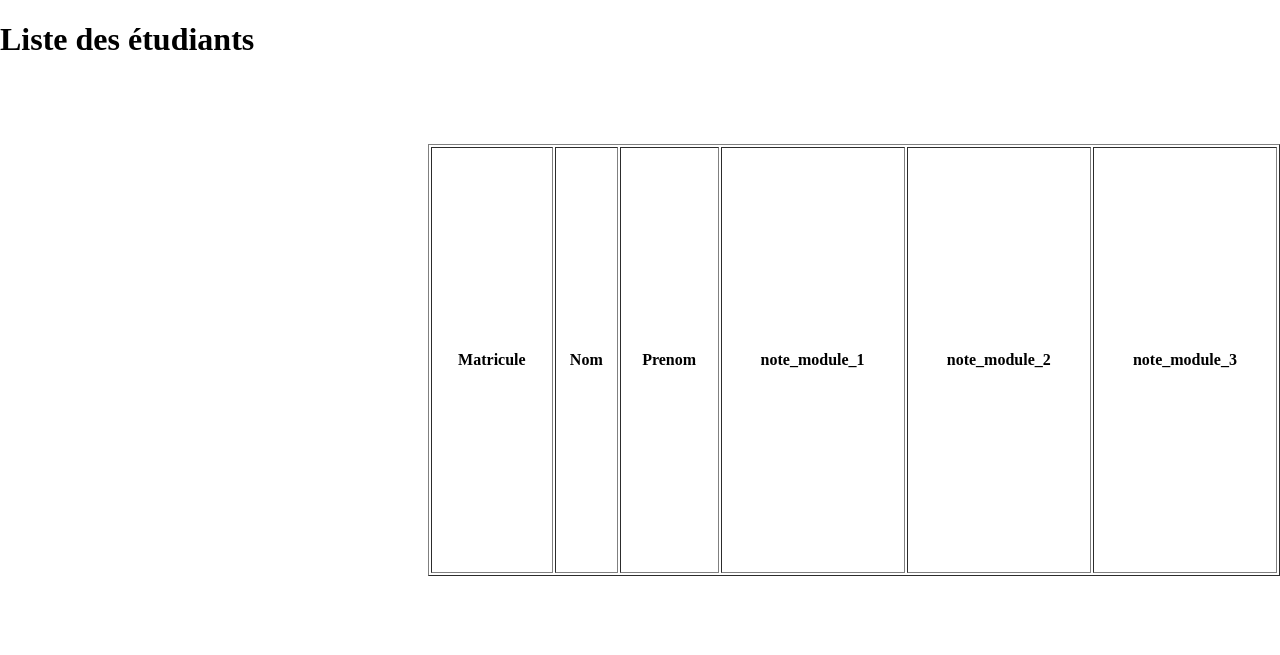
Repository: tt5300447/parakeet
Page: http://localhost/
An editor plug-in stored every save of this project. The page is shown before and after the next save, followed by the edit.
The browser window is 1280 px wide. The pictures show the whole page.
The page is run by PHP 8.4 with error messages shown; the project is at /var/www/html/. Queries for data that is not in the repository find no rows.

Above is the page before, as saved 2022-06-19 15:50:12.

After the next save:
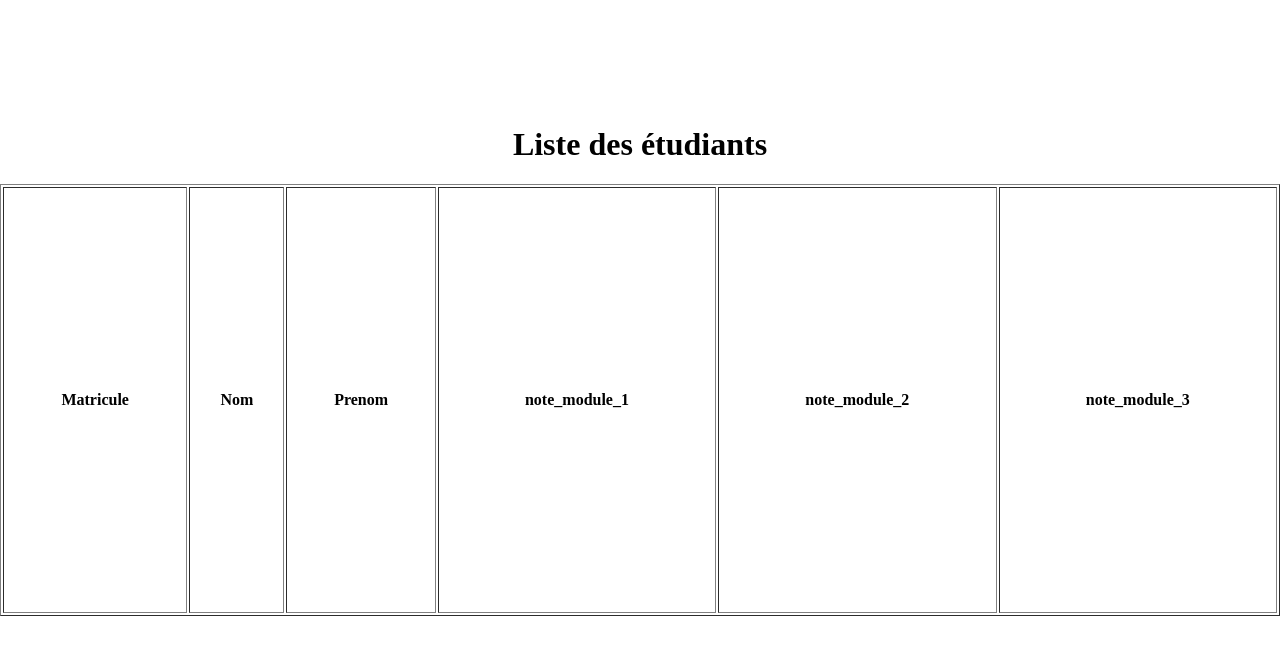
Saved 11 s later.
--- a/Copier/htdocs/Liste/index.php
+++ b/Copier/htdocs/Liste/index.php
@@ -8,8 +8,9 @@
     <link rel="stylesheet" href="style.css">
 </head>
 <body>
-    <h1>Liste des étudiants</h1>
+
     <div class="center">
+         <h1>Liste des étudiants</h1>
     <?php
 $servername = "localhost";
 $username = "root";
